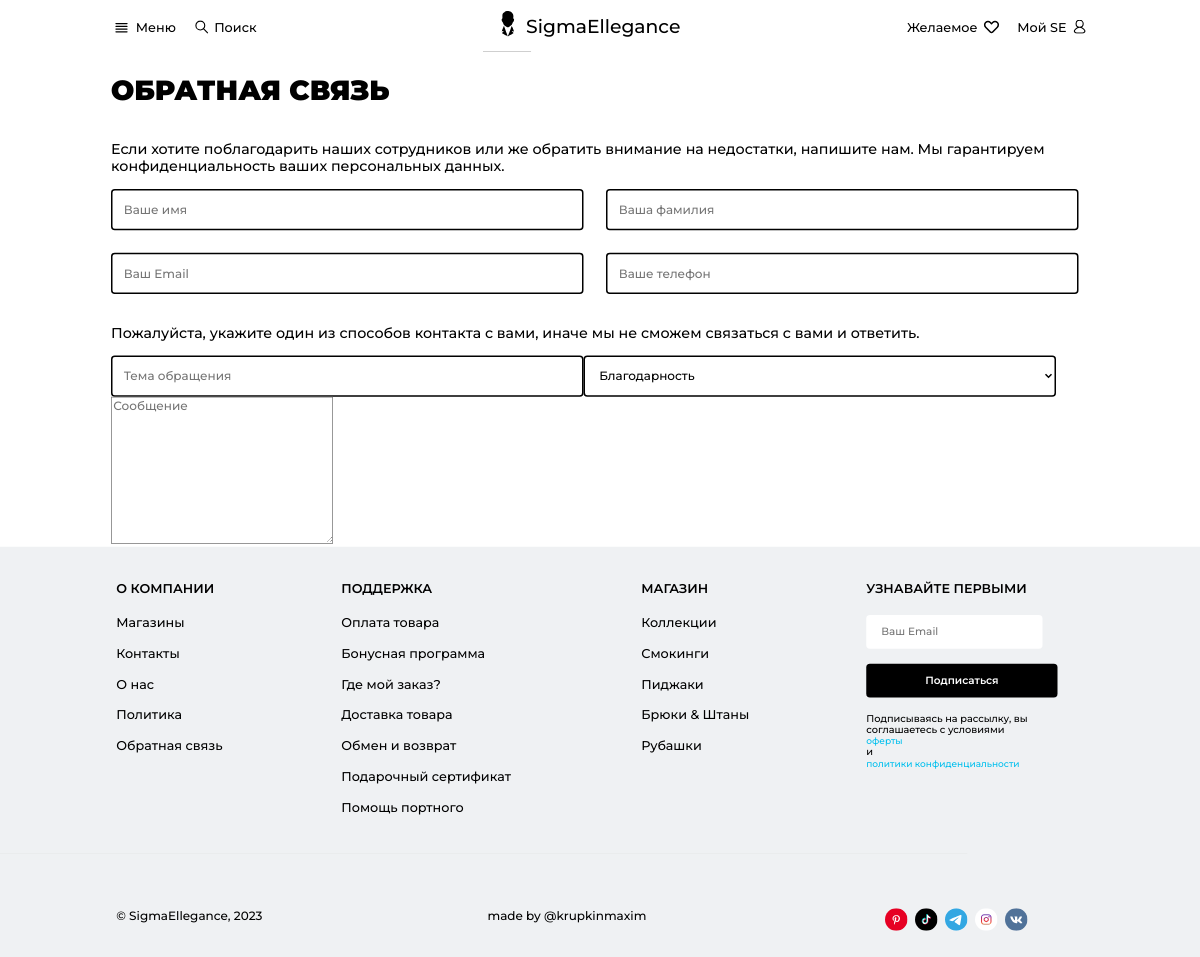
Repository: MaksimKrupkin/SigmaEllegance
Page: /feedback
An editor plug-in stored every save of this project. The page is shown before and after the next save, followed by the edit.
The browser window is 1280 px wide. The page is 1600 px wide, so the pictures cover 1600 px, including what lies to the right of the window. The pictures show the whole page, at 75% of full size.
Some web fonts or font styles are not loaded; a fallback is used. The project was rebuilt for these pictures with package versions that can differ from the ones it lists, and the page was loaded fresh each time. Also part of the build but not shown: src/Components/SideBar/SideBar.module.css, src/Components/SideBar/SideBar.jsx, src/Pages/HomePage.module.css, src/Components/SliderWrapper/SliderWrapper.module.css, src/Components/SliderCard/SliderCard.module.css, src/Components/SliderCard/SliderCard.jsx, src/Components/LeftArrow/LeftArrow.module.css, src/Components/LeftArrow/LeftArrow.jsx and 36 more.

Above is the page before, as saved 2023-12-20 18:47:21.

After the next save:
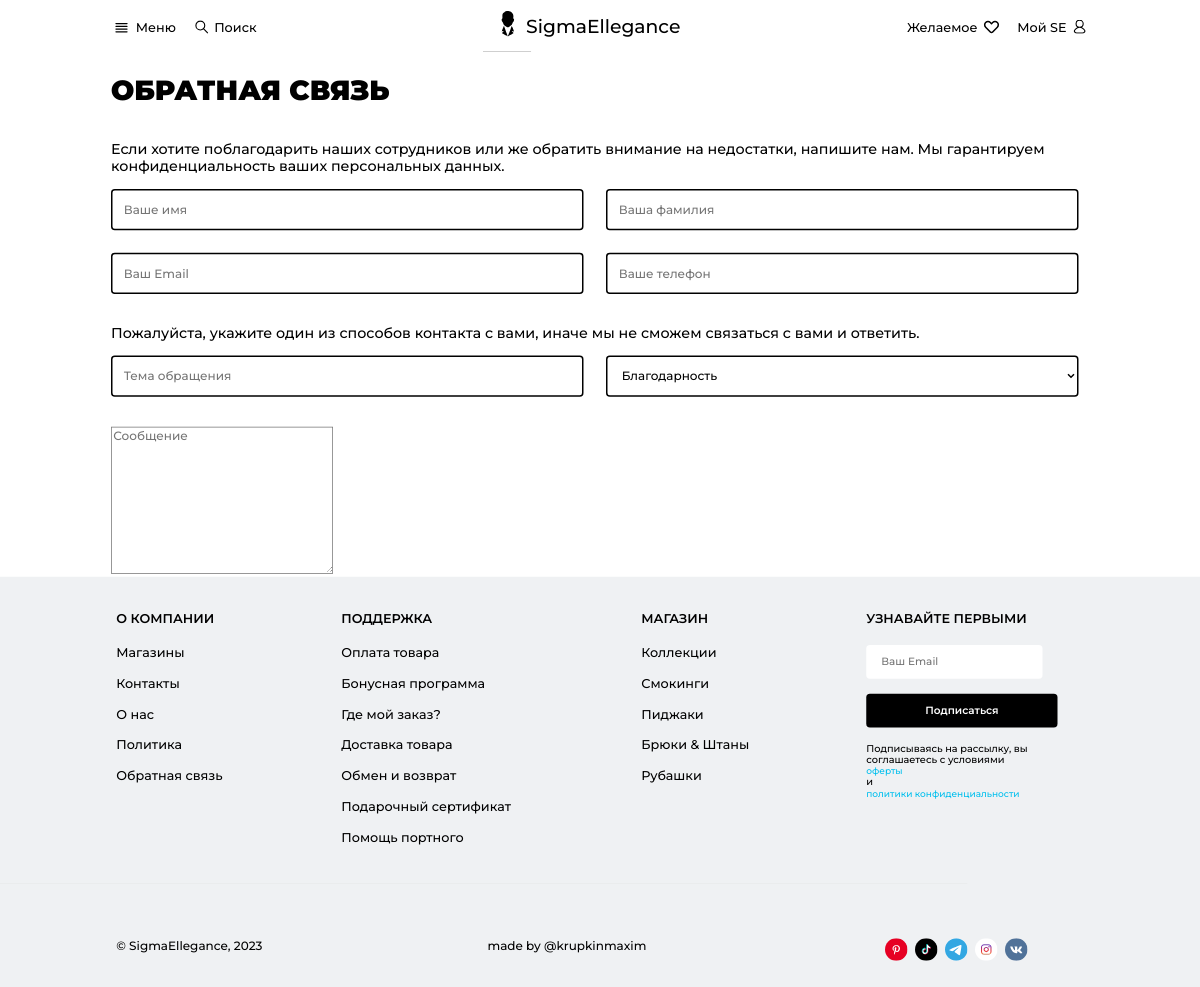
Saved 18 s later.
--- a/src/Pages/Feedback/Feedback.module.css
+++ b/src/Pages/Feedback/Feedback.module.css
@@ -46,6 +46,13 @@
   border: 2px solid #000;
 }
 .input_wrapper2 {
+  width: 100%;
+  display: flex;
+  justify-content: space-between;
+  align-items: center;
+  flex-wrap: wrap;
+  gap: 30px;
+  margin-bottom: 40px;
 }
 .select {
   padding: 15px;
